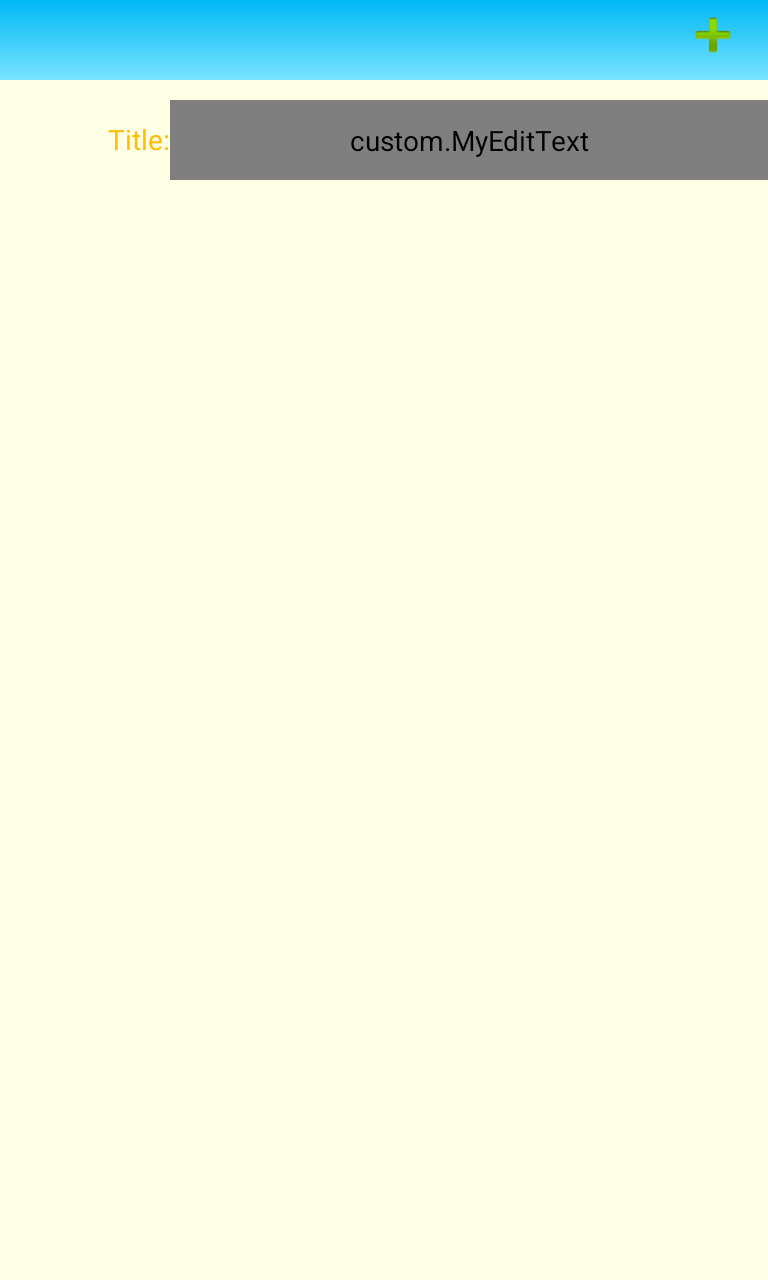
Repository: titango/androidass1
Layout: uTask/res/layout/group_add_view.xml
These files come from the project's save history. The layout is drawn as it stood at one moment and after the next save; the edit follows.
Pictures or frames that could not be fetched are drawn as grey boxes. It is drawn on a 768 x 1280 px phone screen (xhdpi) without system bars, with theme NoActionBar; the app's code is not run.

Above is the layout before, as saved 2013-04-01 19:35:40.

After the next save:
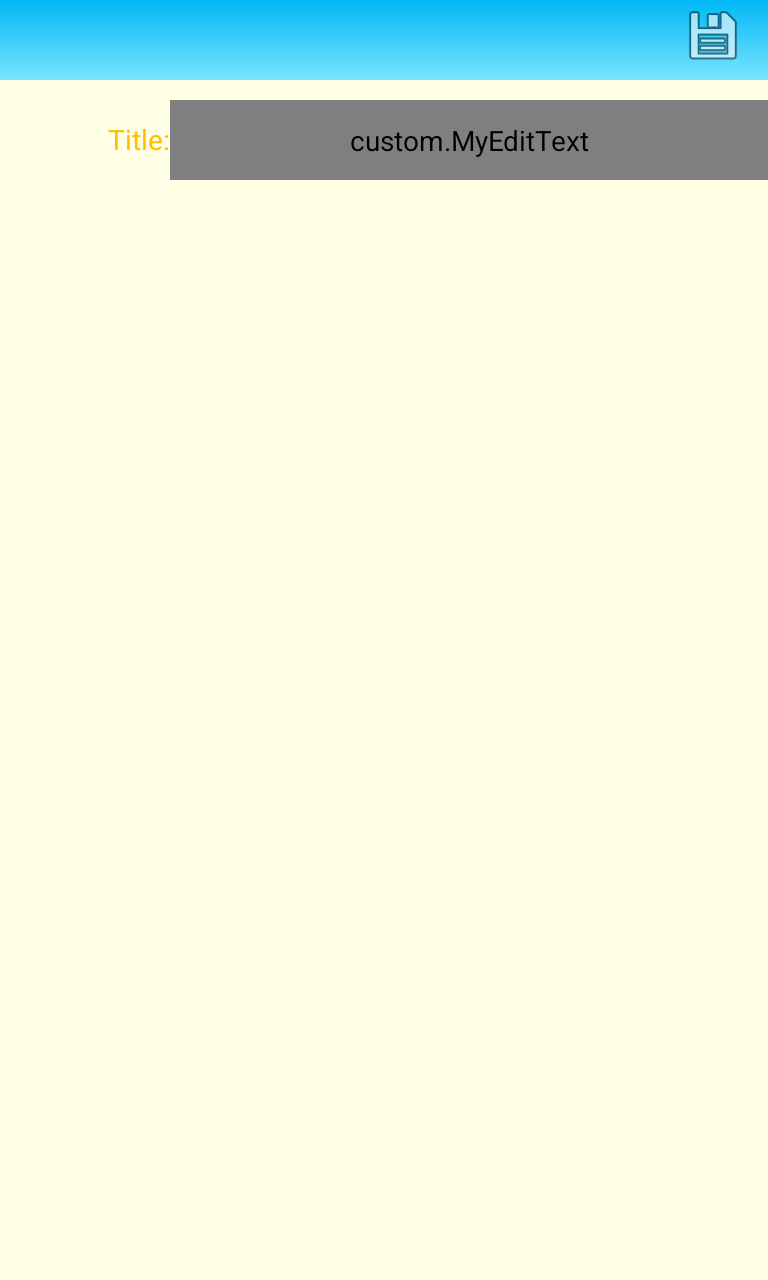
Saved 38 s later.
--- a/uTask/res/layout/group_add_view.xml
+++ b/uTask/res/layout/group_add_view.xml
@@ -21,7 +21,7 @@
             android:layout_marginTop="5dp"
             android:background="@android:color/transparent"
             android:contentDescription="@string/addingTaskButton"
-            android:src="@android:drawable/ic_input_add" />
+            android:src="@android:drawable/ic_menu_save" />
     </RelativeLayout>
 
     <RelativeLayout
